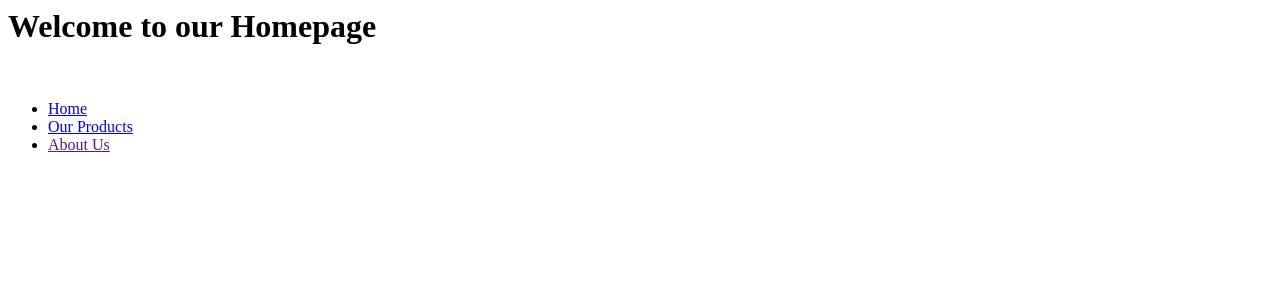
Repository: RuairiBrowne1/is1113117465942
Page: http://localhost/Ebusiness/ShopHome.html
The author's editor kept a record of every edit. The page is drawn from the files as they stood at one moment, then again after the next edit.
The browser window is 1280 px wide. The pictures show the whole page.
The page is run by PHP 8.4 with error messages shown; the project is at /var/www/html/.

Above is the page before.

### Ebusiness/ShopHome.html
<! DOCTYPE html>
<html>
    <link rel="stylesheet" href="Shop_pages.css" type="text/css" />
    <head>
        <title>Shop Homepage</title>
    </head>
    <body>
        <h1>Welcome to our Homepage</h1>
         <div id="nav">
          <div id="nav_wrapper">
              <br/>
              <ul>
                  <li><a href="homepage.html">Home</a></li>
                  <li><a href="Ebus1.php">Our Products</a></li>
                  <li><a href="">About Us</a></li>
              </ul>
          </div>
      </div>

    </body>
    </html>

### Ebusiness/Shop_pages.css
#purchase{
    text-align: center;
    position: fixed;
    color: black ;
    font-size: large;
    background-color:white;
background-size: cover;
background-repeat: no-repeat;
height:100%;
left:40%;

}
#cash{
    text-align: center;
    position: absolute;
    color:black;
    background-color:white;
background-size: cover;
background-repeat: no-repeat;
height:100%;
left:40%;

}
#btnProceed{
    background-color: green;
    color:white;
    position:absolute;
    top:90%;
    left:45%;
padding:1%;
border-radius:15%;
}
#calculate{
     background-color: yellow;
     color:red;
    position:absolute;
    top:80%;
    left:45%;
padding:1%;
border-radius:15%;

}
#receipt{
    position: absolute;
     text-align: center;
     color:black;
     left:40%;
     top:10%;
    background-color: white ;
    background-size: cover;
background-repeat: no-repeat;
height:100%;
}
#thanks{
    color:red;
    position:absolute;
    top:90%;
}
.end{
     background: green;
    position:absolute;
    top:60%;
    left:45%;
padding:1%;
border-radius:15%;
}
.one{

    overflow: visible;
    background-color: red;
    position: fixed; /* Set the navbar to fixed position */
    top: 0; /* Position the navbar at the top of the page */
    width: 100%; /* Full width */
}

/* Links inside the navbar */
.one a {
    float: left;
    display: block;
    color: white;
    text-align: center;
    padding: 14px 16px;
    text-decoration: none;

}

/* Change background on mouse-over */
.one a:hover {
    background: #ddd;
    color: black;
}

/* Main content */
.one {
    margin-top: 30px; /* Add a top margin to avoid content overlay */
}
.one{
float:left;
}

.section{
  position:absolute;
  top:20%;
  left:5%;
  width:18.75%;
  height:60%;
  border:2px solid black;
}

.section img{
    position:relative;
    height:40%;
    width:100%;

}

.section1{
      position:absolute;
  top:20%;
  left:27%;
  width:18.75%;
  height:60%;
  border:2px solid black;
}

.section1 img{
    position:relative;
    height:40%;
    width:100%;

}

.section2{
      position:absolute;
  top:20%;
  left:49.5%;
  width:18.5%;
  height:60%;
  border:2px solid black;
}

.section2 img{
    position:relative;
    height:40%;
    width:100%;

}

.section3{
      position:absolute;
  top:20%;
  left:73.25%;
  width:18.75%;
  height:60%;
  border:2px solid black;
}

.section3 img{
    position:relative;
    height:40%;
    width:100%;

}

.section4{
      position:absolute;
  top:20%;
  left:97%;
  width:18.75%;
  height:60%;
  border:2px solid black;
}

.section4 img{
    position:relative;
    height:40%;
    width:100%;

}

After the next edit:
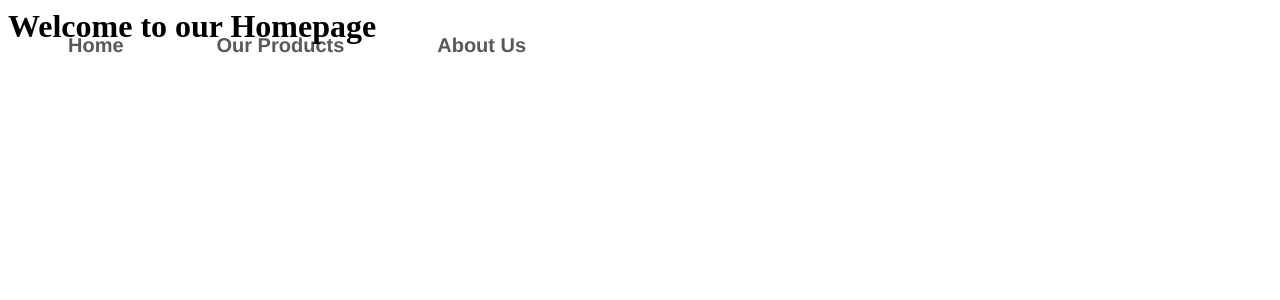
The edit:
--- a/Ebusiness/Shop_pages.css
+++ b/Ebusiness/Shop_pages.css
@@ -177,3 +177,43 @@
     width:100%;
 
 }
+
+#nav{
+    width: 100%;
+    height: 10.5%;
+    background-size: cover;
+    position: fixed;
+    z-index: 2;
+}
+
+#nav_wrapper{
+    font-family:helvetica;
+    font-size: 125%;
+    height: 100%;
+    width: 110%;
+    margin-left:-10px;
+    margin-right: 10px;
+    margin-top: 0px;
+    opacity: 0.65;
+    position: absolute;
+    top: -100%;
+}
+
+#nav_wrapper ul li {
+    margin-right: 2%;
+    list-style: none;
+    display: inline;
+    font-weight: bold;
+    padding: 30px;
+}
+
+#nav_wrapper a{
+    color: black;
+    text-decoration: none;
+
+}
+
+#nav_wrapper ul li:hover{
+    background: #94D5F1;
+    transition:all 1s;
+}
